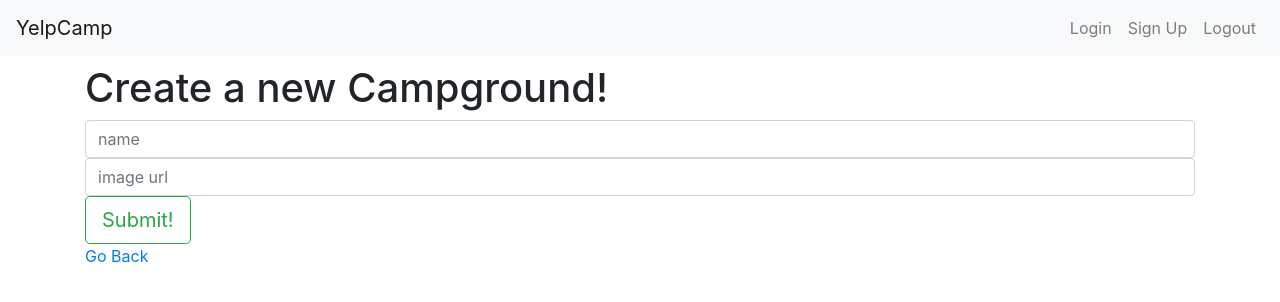
Repository: bosicheng/yelpcamp-project
Page: http://localhost/campgrounds/new
The author's editor kept a record of every edit. The page is drawn from the files as they stood at one moment, then again after the next edit.
The browser window is 1280 px wide. The pictures show the whole page.
Some web libraries are served in a nearby version. The page is served by the project's Node server (YelpCamp/v1/app.js).

Above is the page before.
Console error (its wording comes from the project's code and is left out).

### YelpCamp/v1/views/new.ejs
<% include partials/header %>

<div class='container'>
    <h1>Create a new Campground!</h1>

    <form action='/campgrounds' method='POST'>
        <!--这里的name会变成req.body下的属性-->
        <input class='form-control' type='text' name='name' placeholder='name'>
        <input class='form-control' tytpe='text' name='image' placeholder='image url'>
        <button class="btn btn-lg btn-outline-success">Submit!</button>
    </form>

    <a href='/campgrounds'>Go Back</a>
</div>

<% include partials/footer %>

### YelpCamp/v1/views/partials/header.ejs
<!DOCTYPE html>
<html>
    <head>
        <title>YelpCamp</title>
        <link rel="stylesheet" href="https://stackpath.bootstrapcdn.com/bootstrap/4.1.3/css/bootstrap.min.css">
        <script src="https://code.jquery.com/jquery-3.2.1.slim.min.js" integrity="sha384-KJ3o2DKtIkvYIK3UENzmM7KCkRr/rE9/Qpg6aAZGJwFDMVNA/GpGFF93hXpG5KkN" crossorigin="anonymous"></script>
        <script src="https://maxcdn.bootstrapcdn.com/bootstrap/4.0.0-beta/js/bootstrap.min.js" integrity="sha384-h0AbiXch4ZDo7tp9hKZ4TsHbi047NrKGLO3SEJAg45jXxnGIfYzk4Si90RDIqNm1" crossorigin="anonymous"></script>
        <script src="https://cdnjs.cloudflare.com/ajax/libs/popper.js/1.11.0/umd/popper.min.js" integrity="sha384-b/U6ypiBEHpOf/4+1nzFpr53nxSS+GLCkfwBdFNTxtclqqenISfwAzpKaMNFNmj4" crossorigin="anonymous"></script>
    </head>
    <body>
        <nav class="navbar navbar-expand-lg navbar-light bg-light mb-2">
          <a class="navbar-brand" href="/">YelpCamp</a>
          <button class="navbar-toggler" type="button" data-toggle="collapse" data-target="#navbarTogglerDemo01" aria-controls="navbarTogglerDemo01" aria-expanded="false" aria-label="Toggle navigation">
            <span class="navbar-toggler-icon"></span>
          </button>
          <div class="collapse navbar-collapse" id="navbarTogglerDemo01">
            <ul class="navbar-nav ml-auto mt-2 mt-lg-0">
              <li class="nav-item">
                <a class="nav-link" href="#">Login</a>
              </li>
              <li class="nav-item">
                <a class="nav-link" href="#">Sign Up</a>
              </li>
              <li class="nav-item">
                <a class="nav-link" href="#">Logout</a>
              </li>
            </ul>
          </div>
        </nav>

### YelpCamp/v1/app.js
var express=require('express');
var app=express();
var bodyParser=require('body-parser')

app.set('view engine','ejs')
app.use(bodyParser.urlencoded({extended:true}));

app.get('/',function(req,res){
    res.render("landing");
})

var campgrounds=[
        {name:'aaa',image:'https://farm4.staticflickr.com/3241/2984981452_e9008b9280.jpg'},
        {name:'bbb',image:'https://farm7.staticflickr.com/6089/6094103869_d53a990c83.jpg'},
        {name:'ccc',image:'https://farm8.staticflickr.com/7284/8744029089_2d4a4d0fd7.jpg'},
        {name:'aaa',image:'https://farm4.staticflickr.com/3241/2984981452_e9008b9280.jpg'},
        {name:'bbb',image:'https://farm7.staticflickr.com/6089/6094103869_d53a990c83.jpg'},
        {name:'ccc',image:'https://farm8.staticflickr.com/7284/8744029089_2d4a4d0fd7.jpg'},
        {name:'aaa',image:'https://farm4.staticflickr.com/3241/2984981452_e9008b9280.jpg'},
        {name:'bbb',image:'https://farm7.staticflickr.com/6089/6094103869_d53a990c83.jpg'},
        {name:'ccc',image:'https://farm8.staticflickr.com/7284/8744029089_2d4a4d0fd7.jpg'},
    ];

app.get('/campgrounds',function(req,res){
    res.render("campgrounds",{campgrounds:campgrounds})
})

app.get('/campgrounds/new',function(req,res){
    res.render('new')
})

// 这里虽然get和post的url是同一个，但是他们是不同的用法所以是不同的route不会相互影响
//如果对get的/campgrounds页面进行修改，post请求去修改campgrounds也应该同样的url，这是convention
app.post("/campgrounds",function(req,res){
    //get data from form and add to campground
    var name=req.body.name;
    var image=req.body.image;
    campgrounds.push({name:name,image:image});
    //redirect to campground page
    res.redirect('/campgrounds')
})

app.listen(process.env.PORT,process.env.IP,function(){
    console.log("Yelpcamp has started!")
})

Loaded but not shown: YelpCamp/v1/views/partials/footer.ejs (common file)

After the next edit:
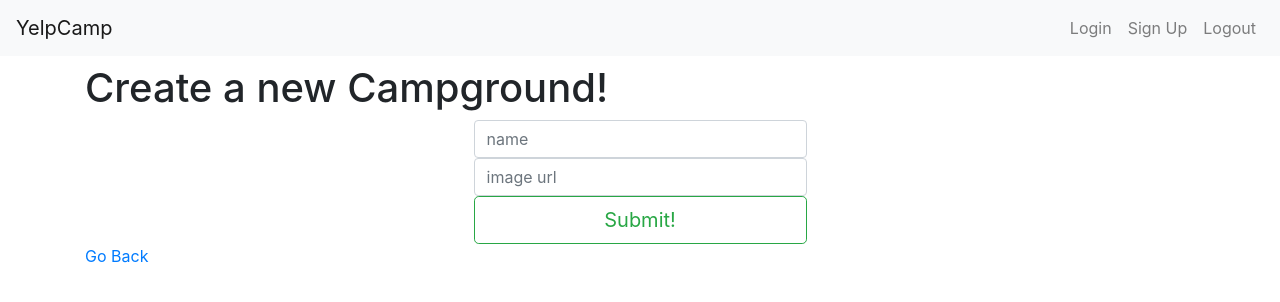
The edit:
--- a/YelpCamp/v1/views/new.ejs
+++ b/YelpCamp/v1/views/new.ejs
@@ -2,14 +2,14 @@
 
 <div class='container'>
     <h1>Create a new Campground!</h1>
-
-    <form action='/campgrounds' method='POST'>
+    <div style="width:30%;margin:0 auto">
+        <form action='/campgrounds' method='POST'>
         <!--这里的name会变成req.body下的属性-->
         <input class='form-control' type='text' name='name' placeholder='name'>
         <input class='form-control' tytpe='text' name='image' placeholder='image url'>
-        <button class="btn btn-lg btn-outline-success">Submit!</button>
+        <button class="btn btn-lg btn-outline-success btn-block">Submit!</button>
     </form>
-
+    </div>
     <a href='/campgrounds'>Go Back</a>
 </div>
 
